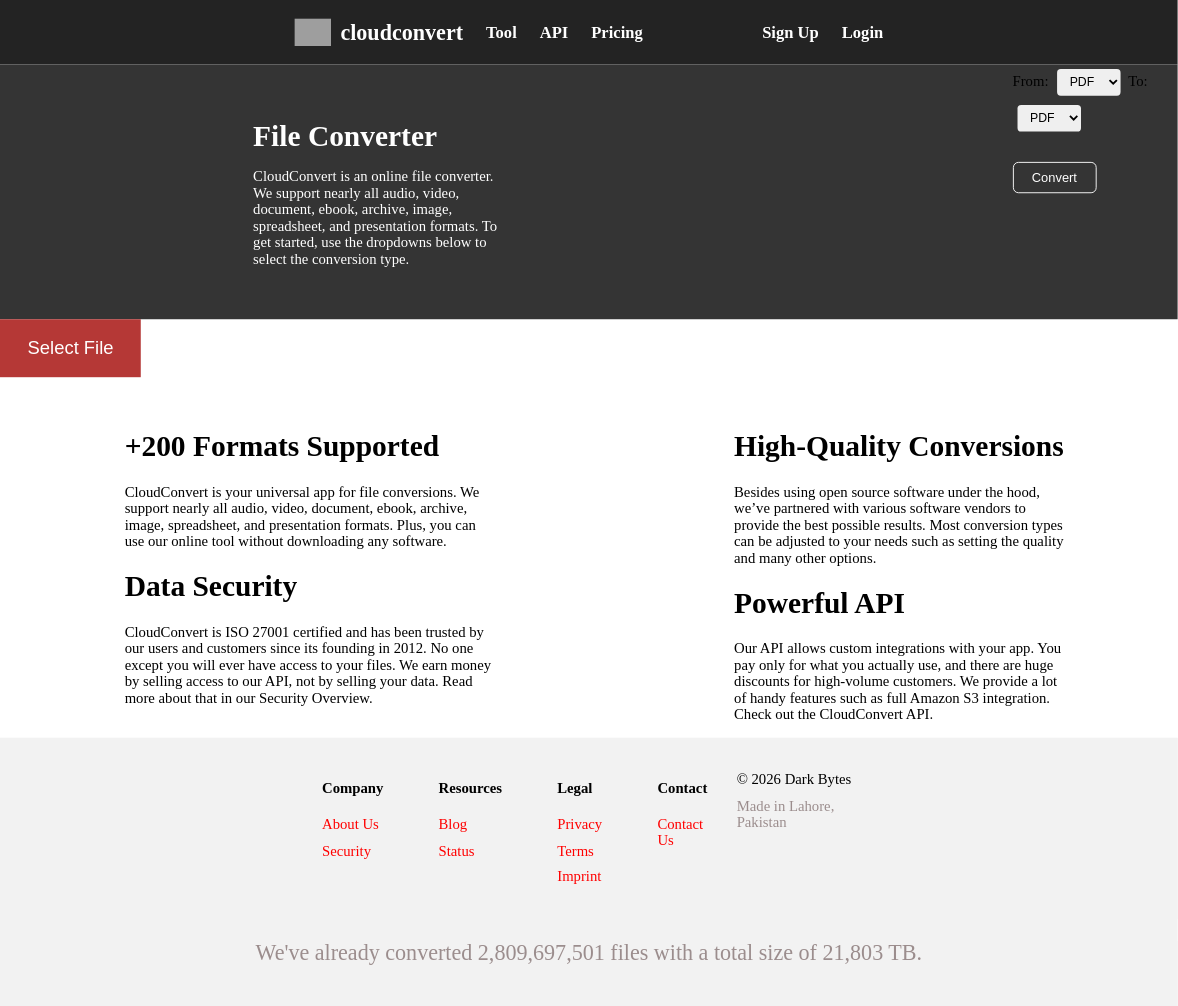
Repository: anfal-darkbytes/task_one
Page: http://localhost/
These files come from the project's save history. The page is drawn as it stood at one moment and after the next save; the edit follows.
The browser window is 1280 px wide. The pictures show the whole page, at 92% of full size.
Pictures or frames that could not be fetched are drawn as grey boxes. The page is served by the project's application, run on Django 4.2 (manage.py).

Above is the page before, as saved 2026-01-09 07:21:41.

After the next save:
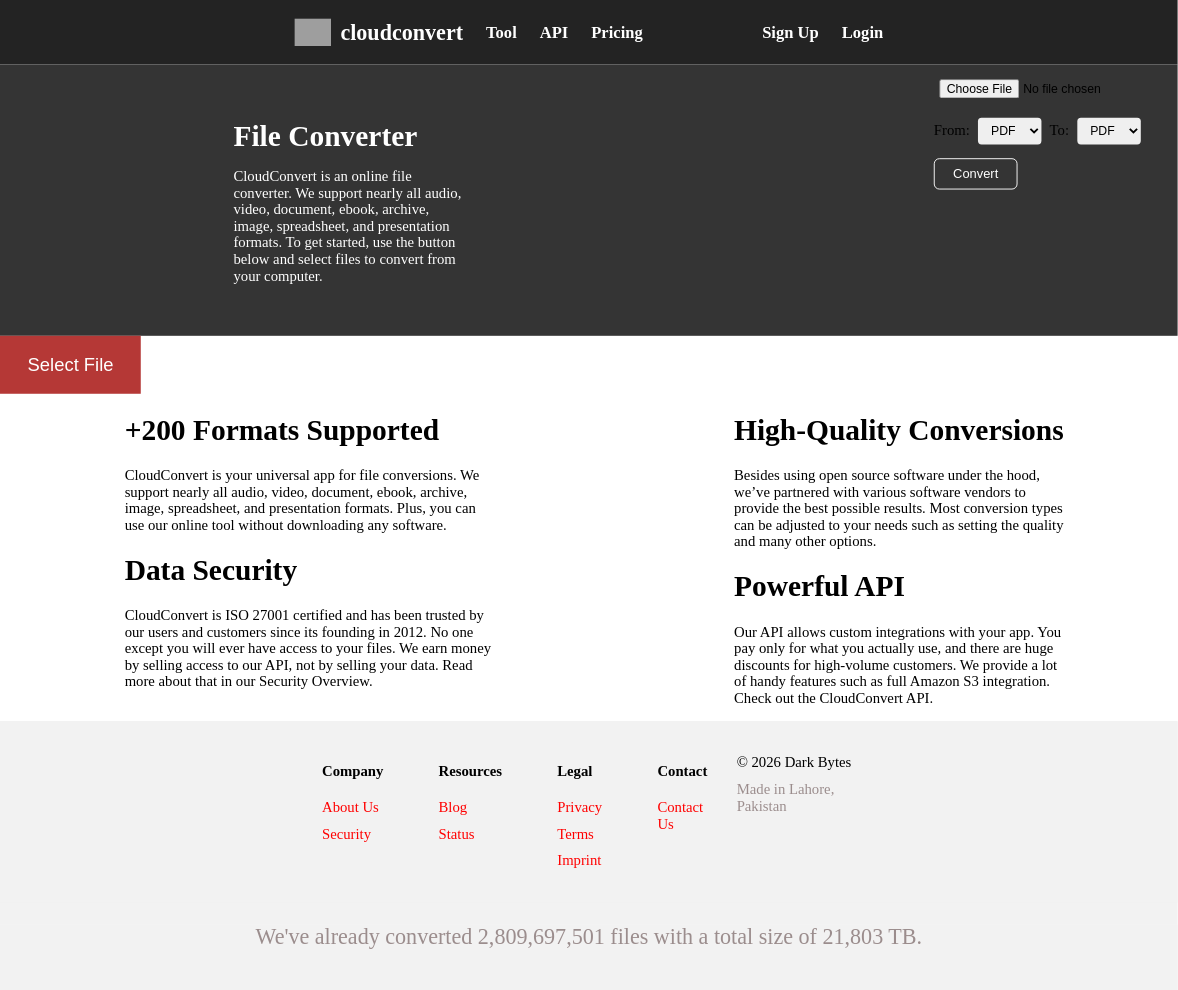
Saved 8 min 31 s later.
--- a/templates/index.html
+++ b/templates/index.html
@@ -8,57 +8,50 @@
           CloudConvert is an online file converter.
           We support nearly all audio, video, document, ebook,
           archive, image, spreadsheet, and presentation formats.
-          To get started, use the dropdowns below to select the conversion type.
+          To get started, use the button below and select files
+          to convert from your computer.
         </p>
     </div>
-
     <div class="form-container">
 
-        {% if error %}
-            <p class="error">{{ error }}</p>
-        {% endif %}
+    {% if error %}
+        <p class="error">{{ error }}</p>
+    {% endif %}
 
-        <form method="POST" enctype="multipart/form-data" id="file-form">
-            {% csrf_token %}
+    <form method="POST" enctype="multipart/form-data">
+        {% csrf_token %}
+        <input type="file" name="file" required><br>
 
-            <!-- Hidden file input -->
-            <input type="file" name="file" id="file-input" style="display:none;" required>
+        From:
+        <select class="" name="from_ext" required>
+            <option value="pdf">PDF</option>
+            <option value="jpg">JPG</option>
+            <option value="png">PNG</option>
+        </select>
 
-            <!-- FROM / TO dropdowns remain in top-body -->
-            From:
-            <select name="from_ext" required>
-                <option value="pdf">PDF</option>
-                <option value="jpg">JPG</option>
-                <option value="png">PNG</option>
-            </select>
+        To:
+        <select name="to_ext" required>
+            <option value="pdf">PDF</option>
+            <option value="jpg">JPG</option>
+            <option value="png">PNG</option>
+        </select><br>
 
-            To:
-            <select name="to_ext" required>
-                <option value="pdf">PDF</option>
-                <option value="jpg">JPG</option>
-                <option value="png">PNG</option>
-            </select>
-            <br><br>
+        <button type="submit" id="convert-button">Convert</button>
+    </form>
 
-            <button type="submit" id="convert-button">Convert</button>
-        </form>
+    {% if output %}
+        <p class="success">Download: <a href="{{ output }}" download>Click Here</a></p>
+    {% endif %}
+</div>
 
-    </div>
+
 </div>
 
 <div class="middle-body">
-    <!-- Select File button moved here -->
-    <button type="button" id="pick-image">
+    <i class="fa-slab fa-regular fa-file"></i>
+    <button id="pick-image">
         Select File
     </button>
-
-    <br><br>
-
-    <!-- Download link here -->
-    {% if output %}
-        <p class="success">Download: <a href="{{ output }}" download>Click Here</a></p>
-    {% endif %}
-
     <div class="details-boxes">
         <div class="pair-containers1">
             <div class="single-container">
@@ -83,21 +76,5 @@
     </div>
 </div>
 
-<!-- JS to trigger hidden file input -->
-<script>
-    const pickButton = document.getElementById('pick-image');
-    const fileInput = document.getElementById('file-input');
-
-    pickButton.addEventListener('click', () => {
-        fileInput.click();
-    });
-
-    // Optional: automatically submit form after file selection
-    fileInput.addEventListener('change', () => {
-        if(fileInput.files.length > 0){
-            document.getElementById('file-form').submit();
-        }
-    });
-</script>
 
 {% endblock %}
